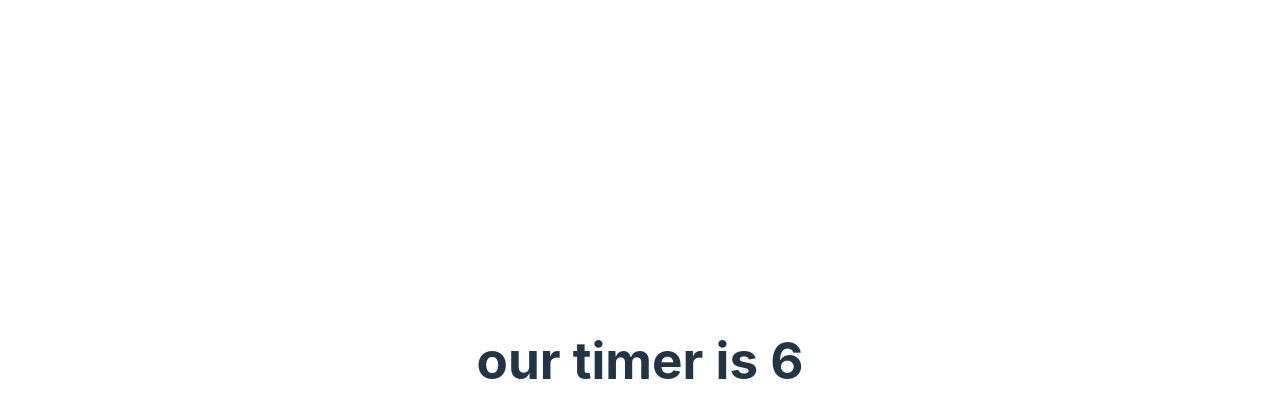
Repository: FARMAN9/inputdata-useRef-and-useEffect
Page: /
An editor plug-in stored every save of this project. The page is shown before and after a run of saves, followed by the edit.
The browser window is 1280 px wide. The pictures show the whole page.
The project was rebuilt for these pictures with package versions that can differ from the ones it lists, and the page was loaded fresh each time. Also part of the build but not shown: vite.config.js.

Above is the page before, as saved 2025-01-13 12:26:32.

After the next 2 saves:
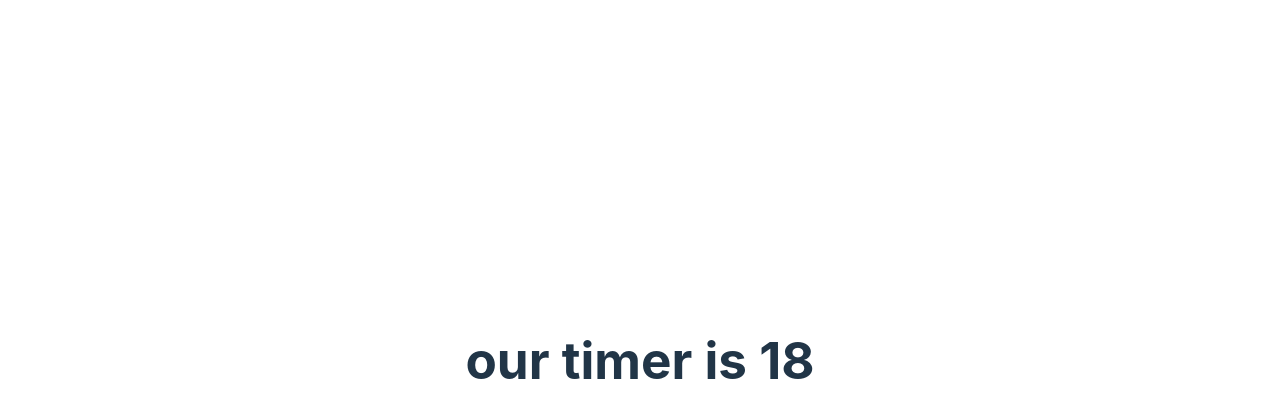
The 2 saves are shown as one change because they came seconds apart.
The last was saved 32 s later.
--- a/src/App.jsx
+++ b/src/App.jsx
@@ -8,6 +8,8 @@
 
   useEffect(() => {
     setTimeout(() => {
+      setCount((count) => count + 1);
+      setCount((count) => count + 1);
       setCount((count) => count + 1);
     }, 1000);
     console.log("DOM UPDATE");

After the save that followed:
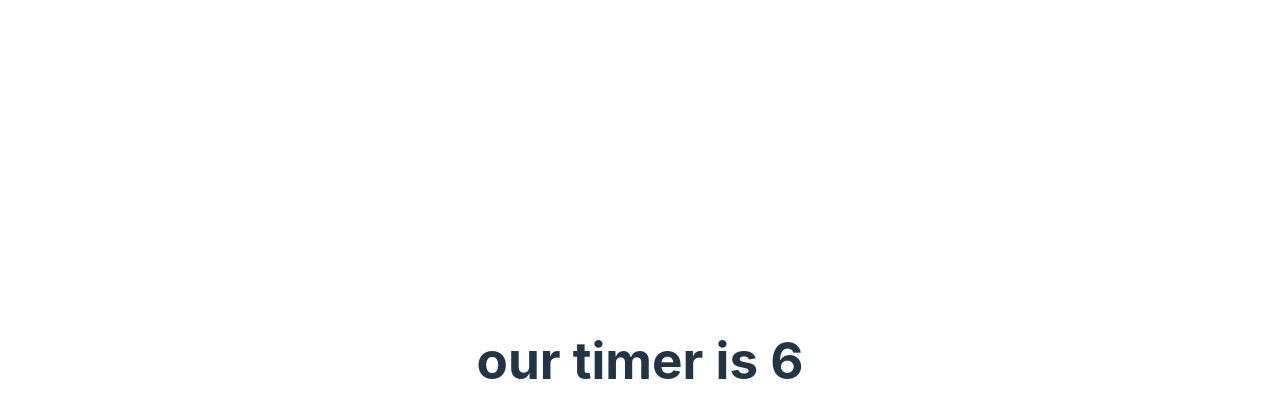
Saved 40 s later.
--- a/src/App.jsx
+++ b/src/App.jsx
@@ -10,7 +10,7 @@
     setTimeout(() => {
       setCount((count) => count + 1);
       setCount((count) => count + 1);
-      setCount((count) => count + 1);
+      setCount((count) => count - 1);
     }, 1000);
     console.log("DOM UPDATE");
   });
